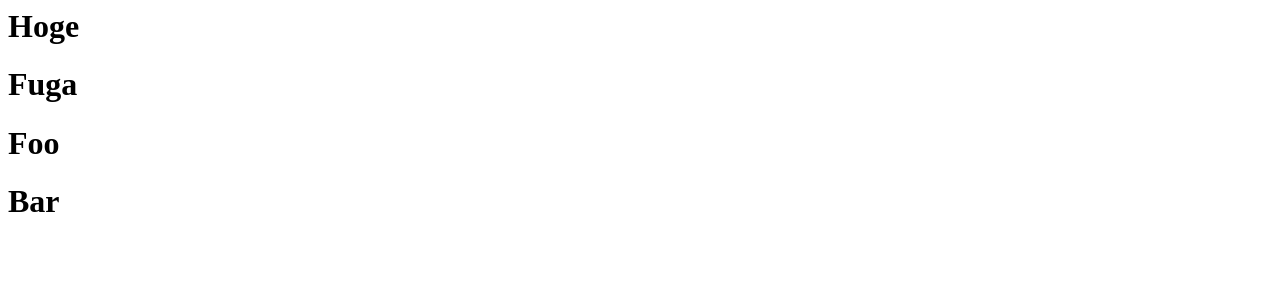
Repository: Tsu-syuu2/samurai_HTML-CSS
Page: HTMLCSS/0813.html
The author's editor kept a record of every edit. The page is drawn from the files as they stood at one moment, then again after the next edit.
The browser window is 1280 px wide. The pictures show the whole page.

Above is the page before.

### HTMLCSS/0813.html
<html lang="ja">
    <head>
        <style>
            h1:empty {
                background-color: red;
            }
        </style>
    </head>
    <body>
        <h1>Hoge</h1>
        <h1>Fuga</h1>
        <h1>Foo</h1>
        <h1>Bar</h1>
    </body>
</html>

After the next edit:
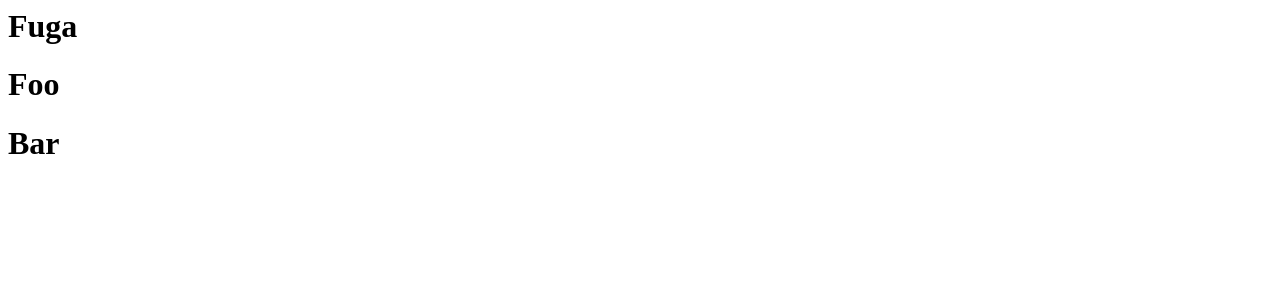
The edit:
--- a/HTMLCSS/0813.html
+++ b/HTMLCSS/0813.html
@@ -7,7 +7,7 @@
         </style>
     </head>
     <body>
-        <h1>Hoge</h1>
+        <span>    </span>
         <h1>Fuga</h1>
         <h1>Foo</h1>
         <h1>Bar</h1>
